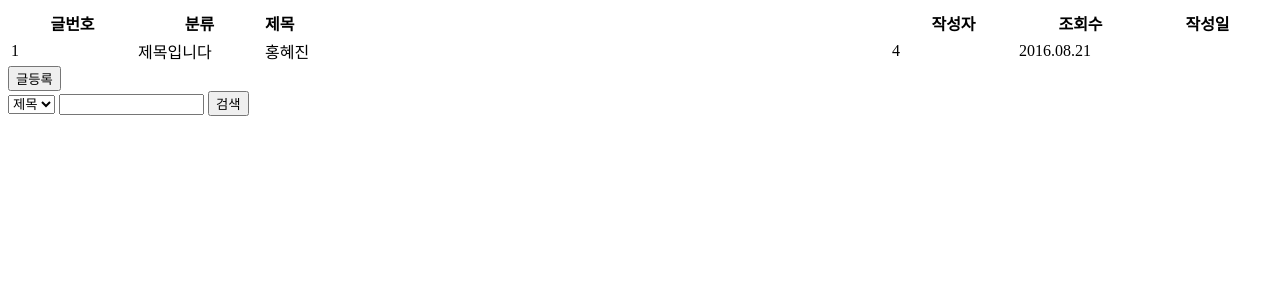
Repository: ekgus419/hckj
Page: http://localhost/Railro/WEB-INF/views/freeBoard/freeBoardList.jsp
The author's editor kept a copy of each file at every save. The page is drawn from the files as they stood at one save, then again after the next save.
The browser window is 1280 px wide. The pictures show the whole page.
The page is served by Tomcat 9. Nobody is signed in. Other server files are loaded and not shown. The template is opened directly, without the code that normally fills it, so the values that code supplies are empty.

Above is the page before, as saved 2016-08-23 01:29:02.

### Railro/src/main/webapp/WEB-INF/views/freeBoard/freeBoardList.jsp
<%@ page language="java" pageEncoding="UTF-8" trimDirectiveWhitespaces="true"%>

<div id="content">
		<table width="100%">
		  <tr>
		    <th width="10%">글번호</th>
		    <th width="10%">분류</th>
		    <th width="50%" style="text-align: left">제목</th>
		    <th width="10%">작성자</th>
		    <th width="10%">조회수</th>
		    <th width="10%">작성일</th>
		  </tr>

		  <tr>
		  	<td>1</td>
		  	<td style="text-align: left">제목입니다</td>
		  	<td>홍혜진</td>
		  	<td>4</td>
		  	<td>2016.08.21</td>
		  </tr>
		</table>
		<div class="button1">
			<button class="button" onclick="location.href='freeBoardReg.htm'">글등록</button>
		</div>

	      <!-- 검색입력 폼 -->
		<form method= post action=''>
			<div class="search">
			  	<select name = src_name>
			        <option value=name>이름 </option>
			        <option value=subject selected>제목 </option>
					<option value=memo>내용 </option>
			    </select>
			  	<input type=text name = src_value size=15>
				<input type=submit value = 검색>
			</div>
		 </form>
</div>

After the next save:
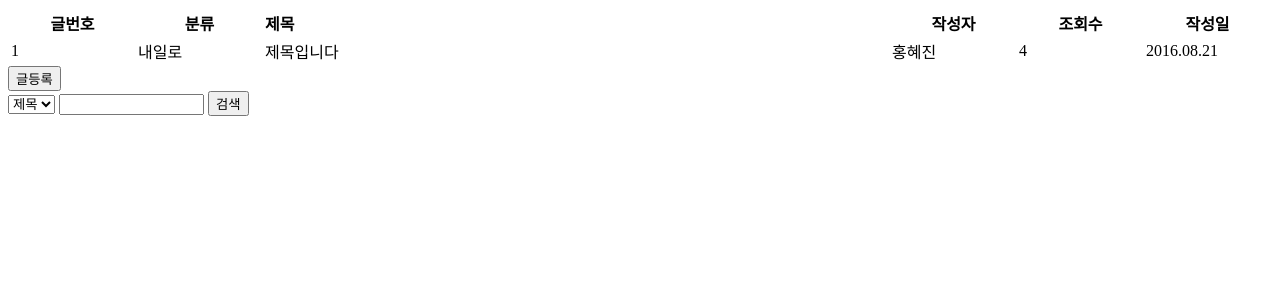
Saved 22 s later.
--- a/Railro/src/main/webapp/WEB-INF/views/freeBoard/freeBoardList.jsp
+++ b/Railro/src/main/webapp/WEB-INF/views/freeBoard/freeBoardList.jsp
@@ -13,6 +13,7 @@
 
 		  <tr>
 		  	<td>1</td>
+		  	<td>내일로</td>
 		  	<td style="text-align: left">제목입니다</td>
 		  	<td>홍혜진</td>
 		  	<td>4</td>
